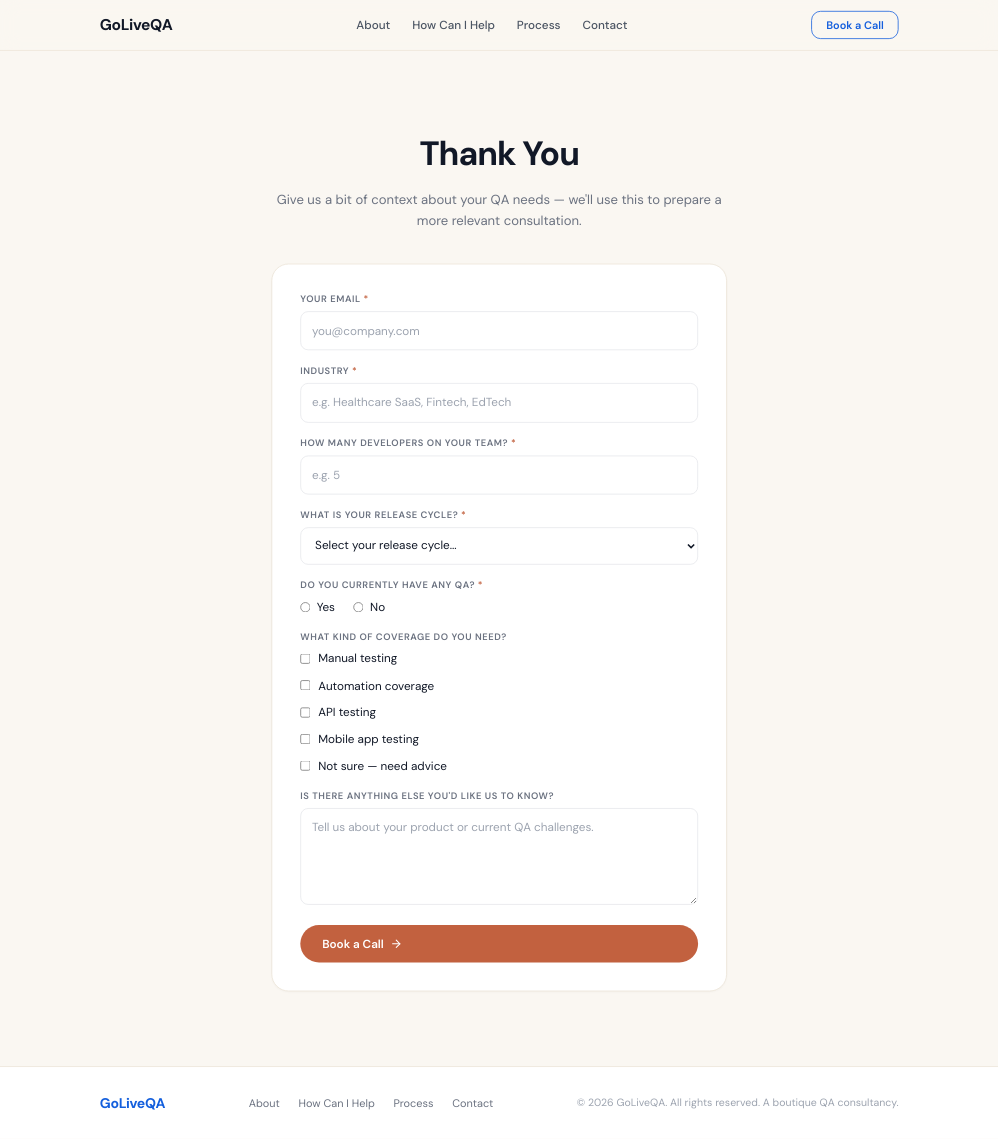
Repository: Monika281992/GoLiveQA
Page: /book-a-call
These files come from the project's save history. The page is drawn as it stood at one moment and after the next save; the edit follows.
The browser window is 1280 px wide. The pictures show the whole page, at 78% of full size.
The project was rebuilt for these pictures with package versions that can differ from the ones it lists, and the page was loaded fresh each time. The framework's server and built-in components were replaced by stand-ins that run in the browser. Also part of the build but not shown: next.config.mjs.

Above is the page before, as saved 2026-06-27 11:32:41.

After the next save:
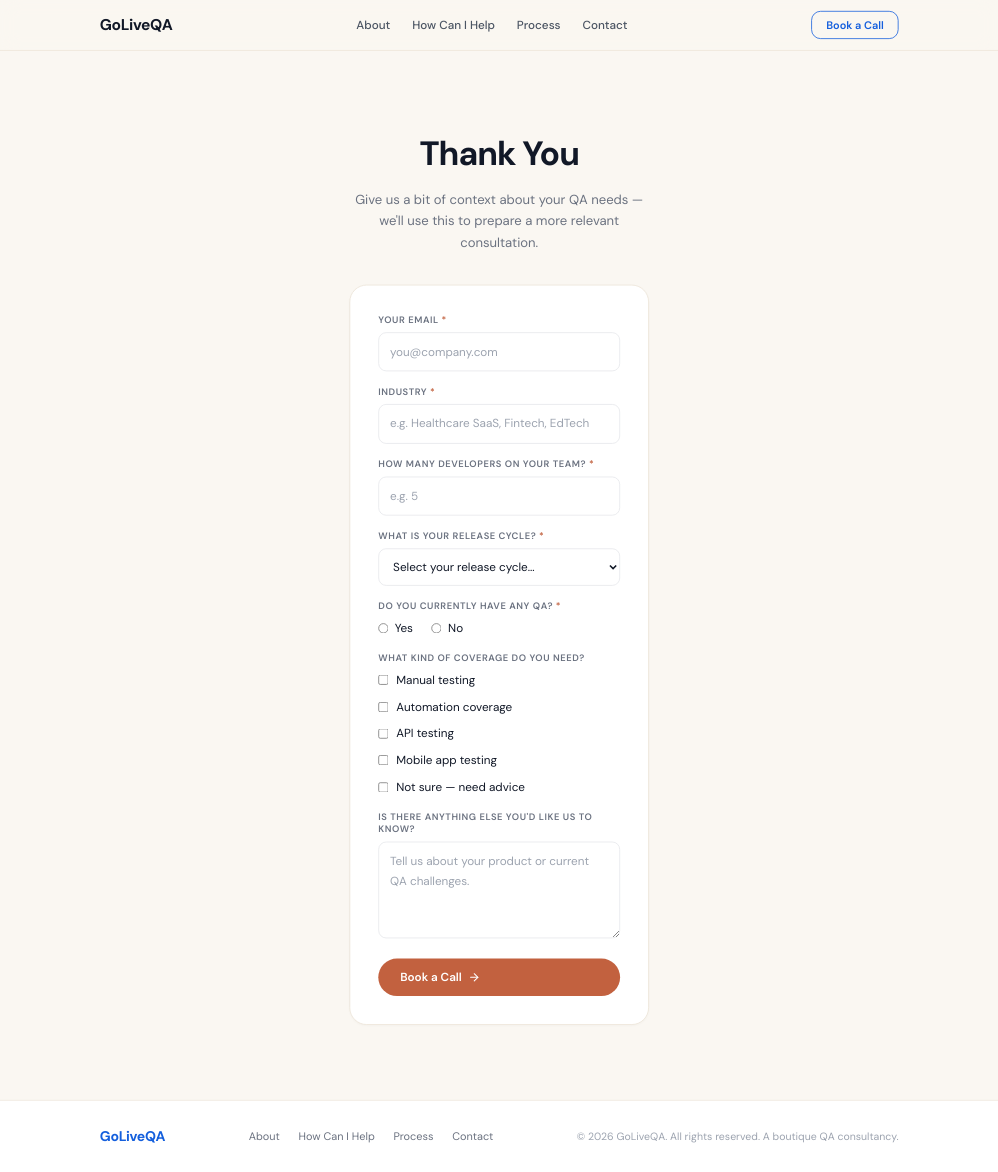
Saved 31 s later.
--- a/app/book-a-call/page.tsx
+++ b/app/book-a-call/page.tsx
@@ -11,7 +11,7 @@
   return (
     <div className="min-h-screen bg-surface">
       <Navbar />
-      <main className="mx-auto max-w-[680px] px-5 py-16 sm:px-8 md:py-24 lg:px-12">
+      <main className="mx-auto max-w-[480px] px-5 py-16 sm:px-8 md:py-24 lg:px-12">
         <div className="mb-10 text-center">
           <h1 className="text-[clamp(2rem,4.4vw,2.7rem)] font-bold tracking-[-0.03em] text-ink">
             Thank You

After the save that followed:
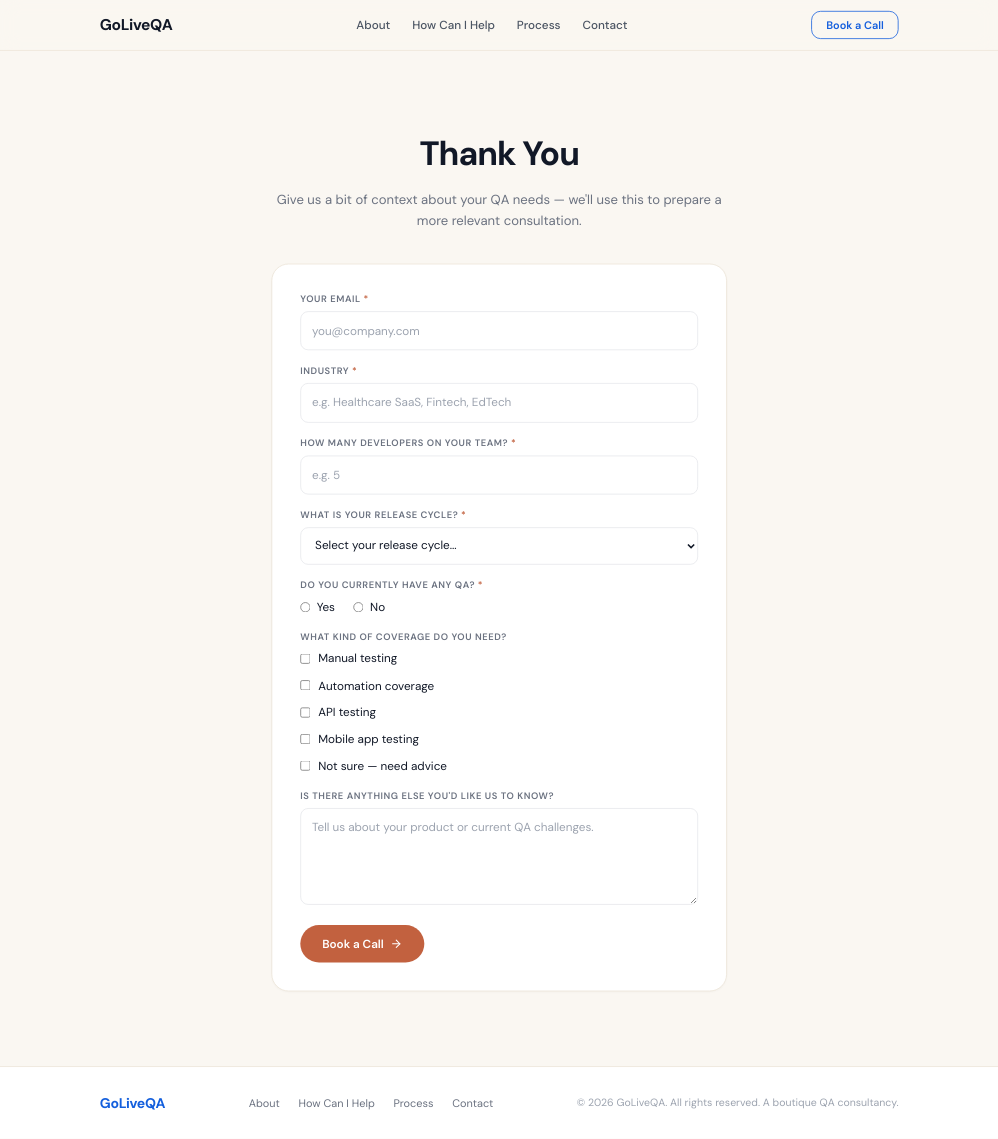
Saved 30 s later.
--- a/app/book-a-call/page.tsx
+++ b/app/book-a-call/page.tsx
@@ -11,7 +11,7 @@
   return (
     <div className="min-h-screen bg-surface">
       <Navbar />
-      <main className="mx-auto max-w-[480px] px-5 py-16 sm:px-8 md:py-24 lg:px-12">
+      <main className="mx-auto max-w-[680px] px-5 py-16 sm:px-8 md:py-24 lg:px-12">
         <div className="mb-10 text-center">
           <h1 className="text-[clamp(2rem,4.4vw,2.7rem)] font-bold tracking-[-0.03em] text-ink">
             Thank You
--- a/components/BookCall.jsx
+++ b/components/BookCall.jsx
@@ -255,7 +255,7 @@ export function BookCall() {
       <button
         type="submit"
         disabled={isSubmitting}
-        className="flex items-center gap-2 rounded-full bg-accent px-7 py-3 text-[15px] font-semibold text-white disabled:opacity-70"
+        className="self-start flex items-center gap-2 rounded-full bg-accent px-7 py-3 text-[15px] font-semibold text-white disabled:opacity-70"
       >
         {isSubmitting ? "Submitting…" : "Book a Call"}
         {!isSubmitting && <ArrowRight className="h-[16px] w-[16px]" />}
